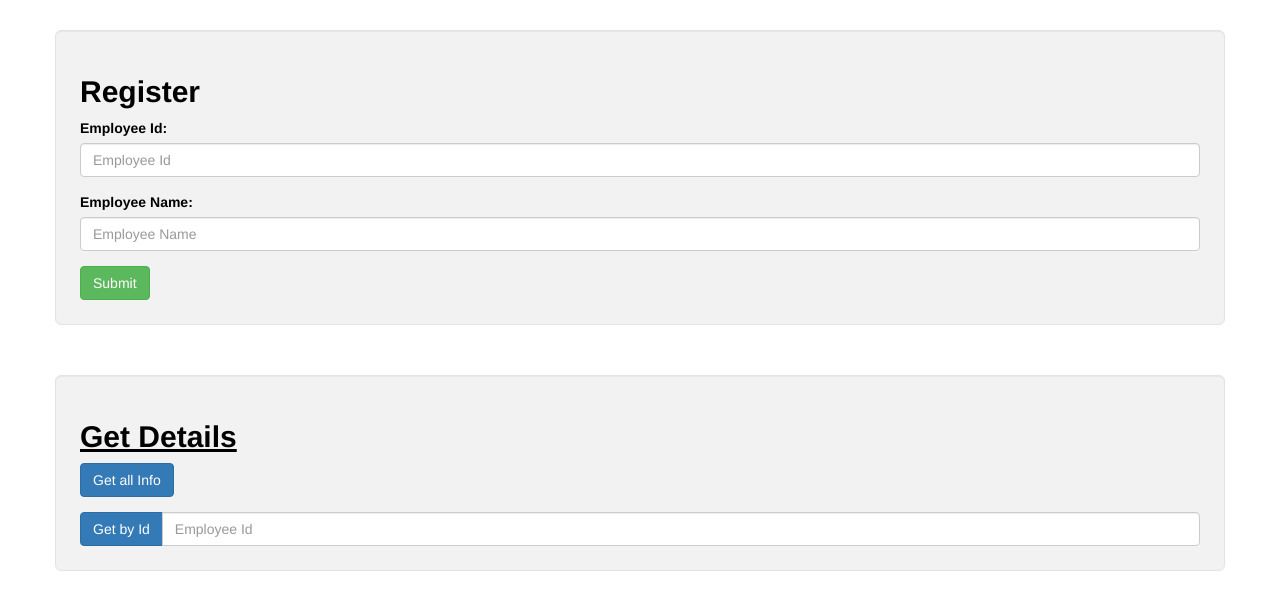
Repository: royakash07/FirstWebApplication
Page: http://localhost/SampleWebApplication/EmployeePortal.jsp
The author's editor kept a copy of each file at every save. The page is drawn from the files as they stood at one save, then again after the next save.
The browser window is 1280 px wide. The pictures show the whole page.
Some web libraries are served in a nearby version. The page is served by Tomcat 9. Nobody is signed in. The application's start-up code is not run. Other server files are loaded and not shown.

Above is the page before, as saved 2017-11-30 05:32:37.

### SampleWebApplication/WebContent/EmployeePortal.jsp
<%@ page language="java" contentType="text/html; charset=ISO-8859-1"
    pageEncoding="ISO-8859-1"%>
<!DOCTYPE html PUBLIC "-//W3C//DTD HTML 4.01 Transitional//EN" "http://www.w3.org/TR/html4/loose.dtd">
<html>
<head>
<meta http-equiv="Content-Type" content="text/html; charset=ISO-8859-1">
<title>Portal</title>
  <meta name="viewport" content="width=device-width, initial-scale=1">
  <link rel="stylesheet" href="https://maxcdn.bootstrapcdn.com/bootstrap/3.3.7/css/bootstrap.min.css">
  <script src="https://ajax.googleapis.com/ajax/libs/jquery/3.2.1/jquery.min.js"></script>
  <script src="https://maxcdn.bootstrapcdn.com/bootstrap/3.3.7/js/bootstrap.min.js"></script>
<style>
.well
{
color:black;
background-color:#F2F2F2;
}
.portal
{
}
</style>
</head>
<body>
<div style="padding: 30px">
<div class="container well well-lg" >
<h2><strong>Register</strong></h2>
<form action="Submit" method="post">
<div class="form-group portal">
  <label for="EmployeeId">Employee Id:</label>
  <input type="text" class="form-control" name="EmployeeId" placeholder="Employee Id" >
  </div>
  <div class="form-group">
  <label for="Name">Employee Name:</label>
  <input type="text" class="form-control" name="Name" placeholder="Employee Name">
  </div>
  <input type="submit"class="btn btn-success" value="Submit">
</form>
</div>
</div>
<div class="container well well-lg">
<h2><strong><u>Get Details</strong></h2>
<div class="form-group">
<button type="button" class="btn btn-primary" value="getAllDetails">Get all Info</button>
</div>
<div class="input-group form-inline">
<span class="input-group-btn">
	<button type="button" class="btn btn-primary" value="getDetailsById">Get by Id</button>
	</span>
    <input type="text" placeholder="Employee Id" class="form-control">
</div>
</div>
</body>
</html>

After the next save:
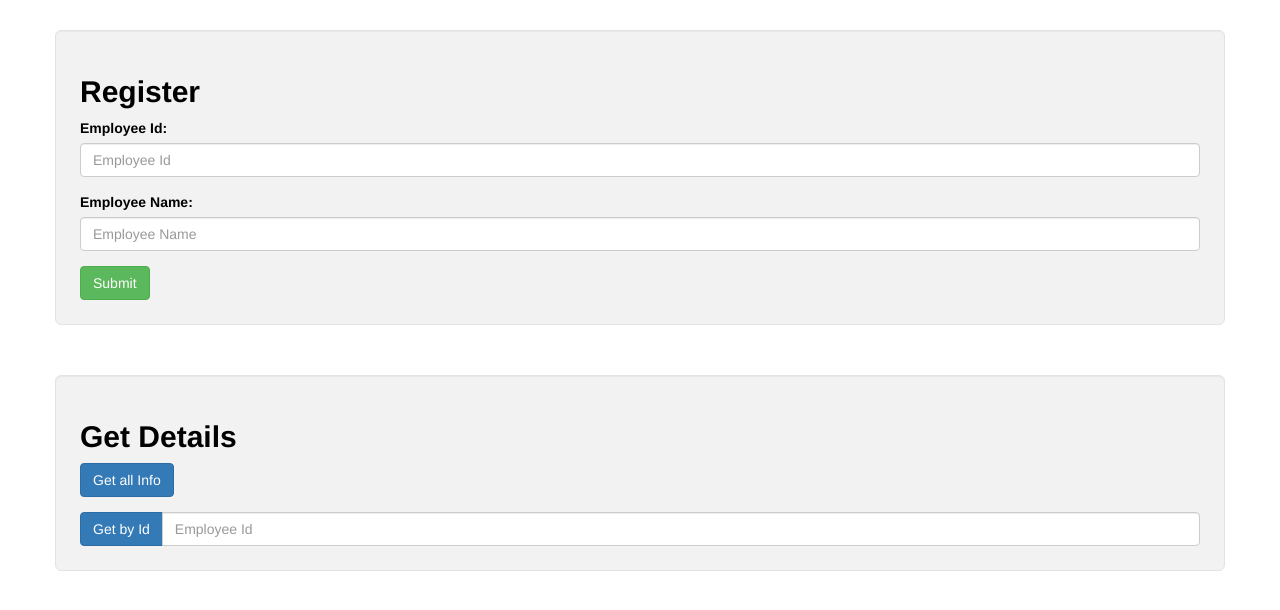
Saved 3 s later.
--- a/SampleWebApplication/WebContent/EmployeePortal.jsp
+++ b/SampleWebApplication/WebContent/EmployeePortal.jsp
@@ -38,7 +38,7 @@ background-color:#F2F2F2;
 </div>
 </div>
 <div class="container well well-lg">
-<h2><strong><u>Get Details</strong></h2>
+<h2><strong>Get Details</strong></h2>
 <div class="form-group">
 <button type="button" class="btn btn-primary" value="getAllDetails">Get all Info</button>
 </div>
